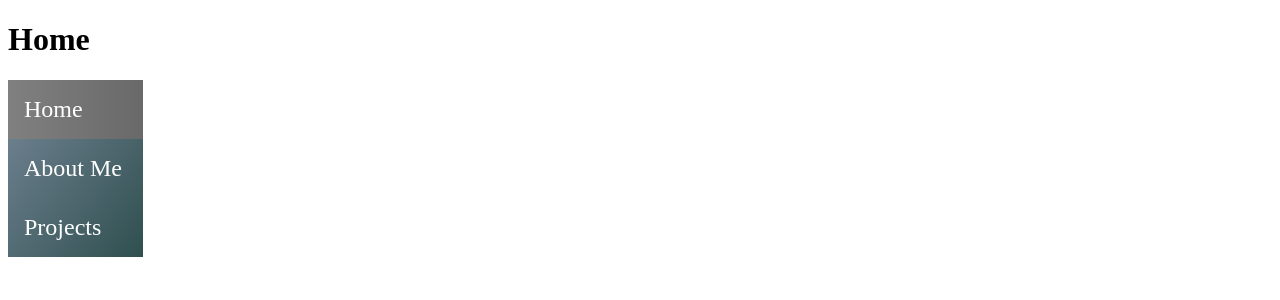
Repository: brody-toth/brody-toth.github.io
Page: home.html
The author's editor kept a record of every edit. The page is drawn from the files as they stood at one moment, then again after the next edit.
The browser window is 1280 px wide. The pictures show the whole page.

Above is the page before.

### home.html
<!DOCTYPE html>
<html>

  <head>
    <title>Home</title>
    <link rel="stylesheet" href="style.css" type="text/css">
  </head>

  <body>

    <h1 class="header">Home</h1>

    <ul class="navbar">
      <li class="active"><a href="home.html">Home</a></li>
      <li><a href="about-me.html">About Me</a></li>
      <li class = "dropdown">
        <div>Projects</div>
        <ul class="dropdown-content">
          <li><a href="project1.html">Project 1</a></li>
          <li><a href="project2.html">Project 2</a></li>
          <li><a href="project3.html">Project 3</a></li>
        </ul>
      </li>
    </ul>

  </body>

</html>

### style.css
.navbar{
    list-style: none;
    background-image: linear-gradient(to bottom right, lightslategray, darkslategray);
    width: 135px;
    overflow: hidden;
    padding: 0;
}
.navbar a, .dropdown div{
    text-decoration: none;
    color: white;
    font-size: 24px;
    padding: 16px;
    display: inline-block;
}
.navbar div{
    width: 135px;
}
.navbar li:hover{
    background-color: slategray;
}
.dropdown-content{
    list-style: none;
    padding: 0;
    display: none;
    position: absolute;
    z-index: 2;
    background-image: linear-gradient(to bottom right, lightslategray, darkslategray);
}
.dropdown:hover .dropdown-content{
    display: block;
}
.active{
    background-image: linear-gradient(to right, gray, dimgray)
}

.header{

}

After the next edit:
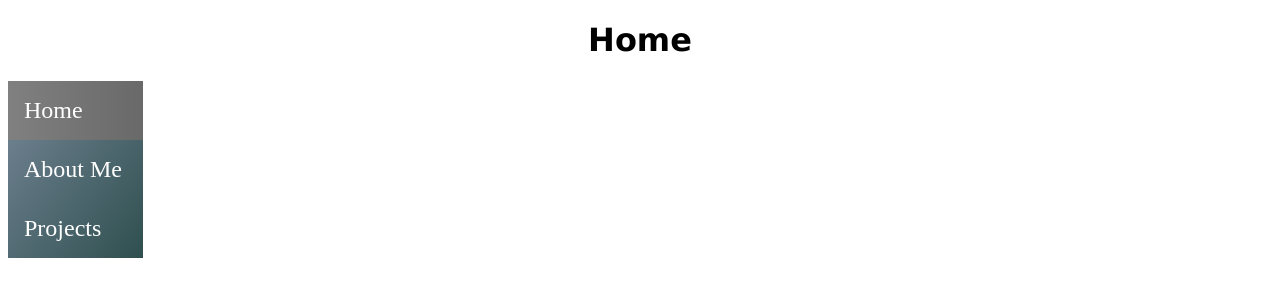
The edit:
--- a/style.css
+++ b/style.css
@@ -34,5 +34,7 @@
 }
 
 .header{
-
+    text-align: center;
+    font-family: "Lucida Sans Unicode", "Lucida Grande", sans-serif;
+    font-size:
 }
